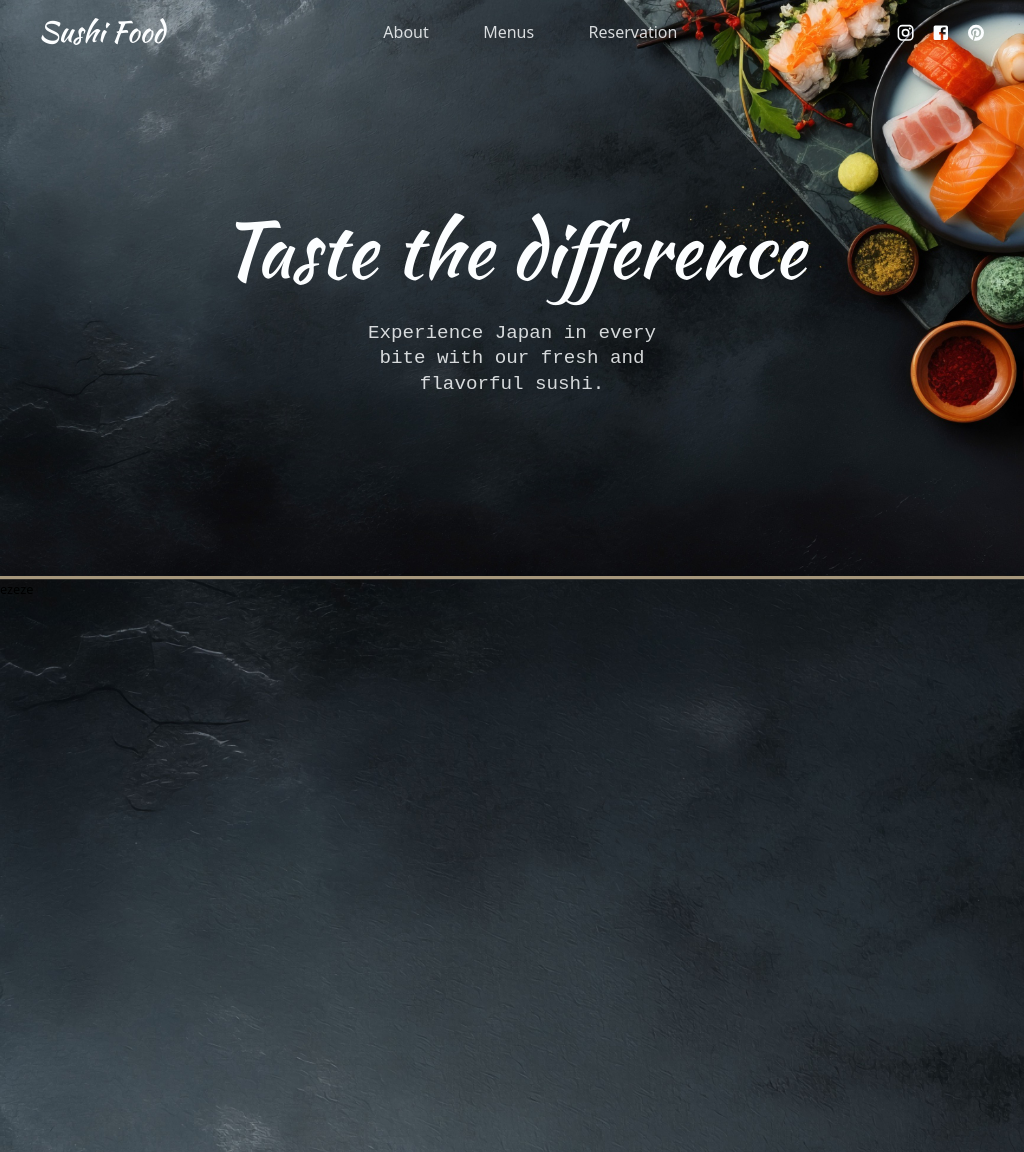
Repository: Adrien-legeleu/sushi-food
Page: /
An editor plug-in stored every save of this project. The page is shown before and after the next save, followed by the edit.
The browser window is 1280 px wide. The pictures show the whole page, at 80% of full size.
Some web fonts or font styles are not loaded; a fallback is used. The project was rebuilt for these pictures with package versions that can differ from the ones it lists, and the page was loaded fresh each time. Also part of the build but not shown: vite.config.ts.

Above is the page before, as saved 2024-04-28 22:05:51.

### src/App.tsx
import { About, Header, Landing } from "./Components"

const App =()=> {
  return (
    <div className="bg-greenBlack h-full w-full">
      <Header/>
      <Landing/>
      <About/>
    </div>
  )
}

export default App

### src/index.css
@import url('https://fonts.googleapis.com/css2?family=Kaushan+Script&family=Nanum+Gothic+Coding&display=swap');

@tailwind base;
@tailwind components;
@tailwind utilities;

*{
    margin: 0;
    padding: 0;
    box-sizing: border-box;
}

### src/Components/index.ts
export * from "./Landing";
export * from "./Header";
export * from "./About";

### src/Components/Landing.tsx
export const Landing =()=>{
    return(
        <div className="h-screen w-full bg-[url('././assets/mainfond.jpg')] bg-cover bg-center-top flex items-center justify-center flex-col gap-10 pt-10">
            <h1 className="font-title text-whiteTitle text-8xl">Taste the difference</h1>
            <p className="text-whiteText font-text text-2xl text-center w-1/3">Experience Japan in every bite with our fresh and flavorful sushi.</p>
        </div>
    )
}

### src/Components/Header.tsx
import InstagramIcon from '@mui/icons-material/Instagram';
import FacebookIcon from '@mui/icons-material/Facebook';
import PinterestIcon from '@mui/icons-material/Pinterest';
export const Header =()=>{
    return (
        <div className='fixed h-20 w-full max-w-[1400px] top-0 left-1/2 -translate-x-1/2 flex justify-between items-center pl-12 pr-12'>
            <h2 className='font-title text-4xl text-whiteTitle'>Sushi Food</h2>
            <ul className='flex items-center gap-5 justify-between text-whiteText text-xl'>
                <li className='cursor-pointer  duration-200 hover:bg-green rounded-full p-6 pt-2 pb-2'>About</li>
                <li className='cursor-pointer  duration-200 hover:bg-green rounded-full p-6 pt-2 pb-2'>Menus</li>
                <li className='cursor-pointer  duration-200 hover:bg-green rounded-full p-6 pt-2 pb-2'>Reservation</li>
            </ul>
            <ul className='flex items-center justify-between gap-5  text-whiteTitle'>
                <li className='cursor-pointer  duration-300 hover:scale-125'>
                    <InstagramIcon/>


                </li>
                <li className='cursor-pointer  duration-300 hover:scale-125'> <FacebookIcon/></li>
                <li className='cursor-pointer  duration-300 hover:scale-125'><PinterestIcon/></li>
            </ul>
        </div>
    )
}

### src/Components/About.tsx
export const About =()=>{
    return(
        <div className="h-screen w-full bg-[url('././assets/fond.jpeg')] bg-cover bg-center border-t-4 border-green">
            <h4>ezeze</h4>
        </div>
    )
}

### tailwind.config.js
/** @type {import('tailwindcss').Config} */
export default {
  content: ["./index.html", "./src/**/*.{js,ts,jsx,tsx}"],
  theme: {
    extend: {
      backgroundColor: {
        greenBlack: "#0B1517",
      },
      colors: {
        green: "#A6977C",
        whiteTitle: "#FCFEFF",
        whiteText: "#FCFEFFD5",
      },
    },
    fontFamily: {
      title: ["Kaushan Script", "cursive"],
      text: ["Nanum Gothic Coding", "monospace"],
    },
  },
  plugins: [],
};

Loaded but not shown: index.html (common file); src/main.tsx (common file)

After the next save:
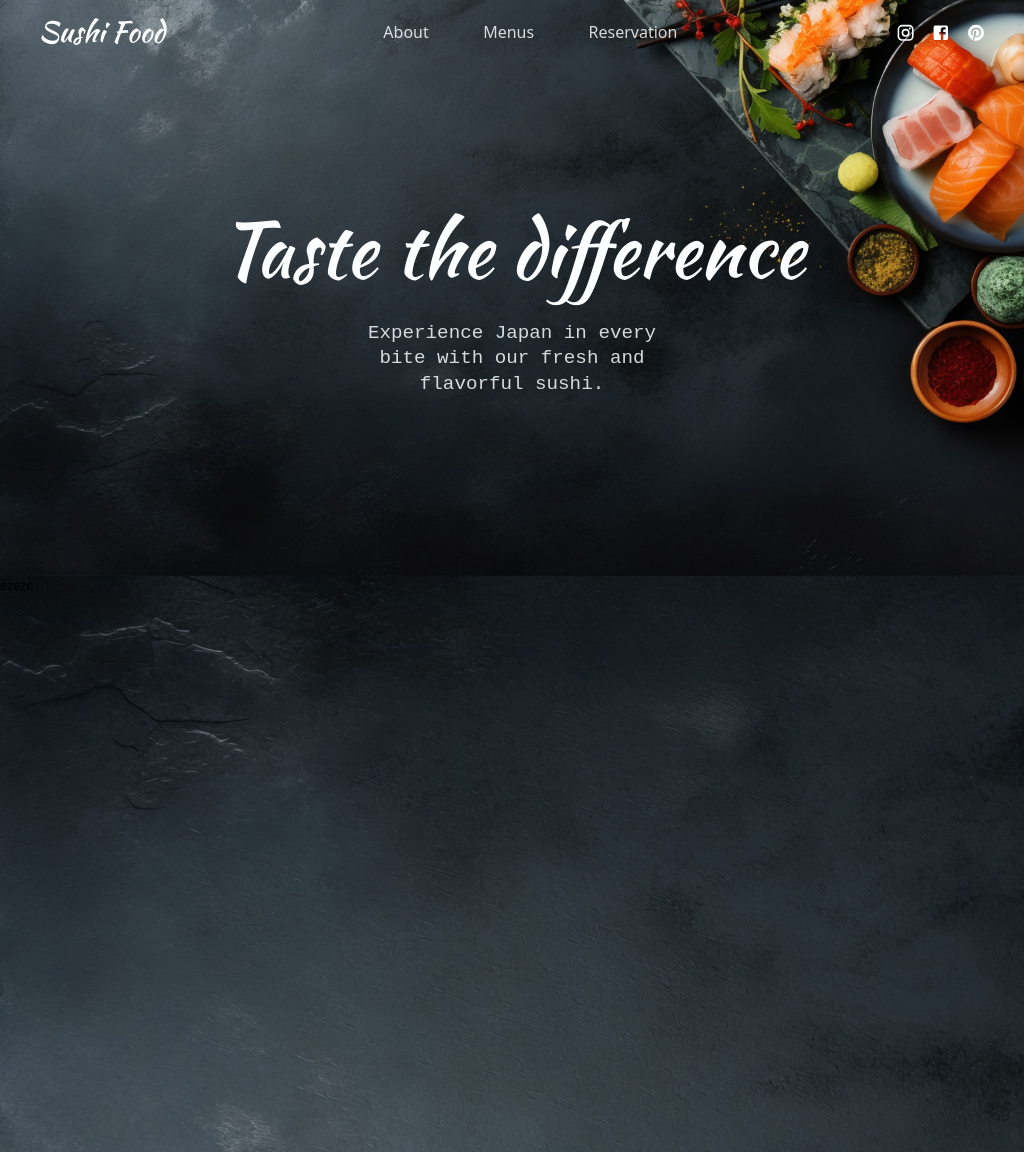
Saved 35 s later.
--- a/src/Components/About.tsx
+++ b/src/Components/About.tsx
@@ -1,6 +1,6 @@
 export const About =()=>{
     return(
-        <div className="h-screen w-full bg-[url('././assets/fond.jpeg')] bg-cover bg-center border-t-4 border-green">
+        <div className="h-screen w-full bg-[url('././assets/fond.jpeg')] bg-cover bg-center ">
             <h4>ezeze</h4>
         </div>
     )
